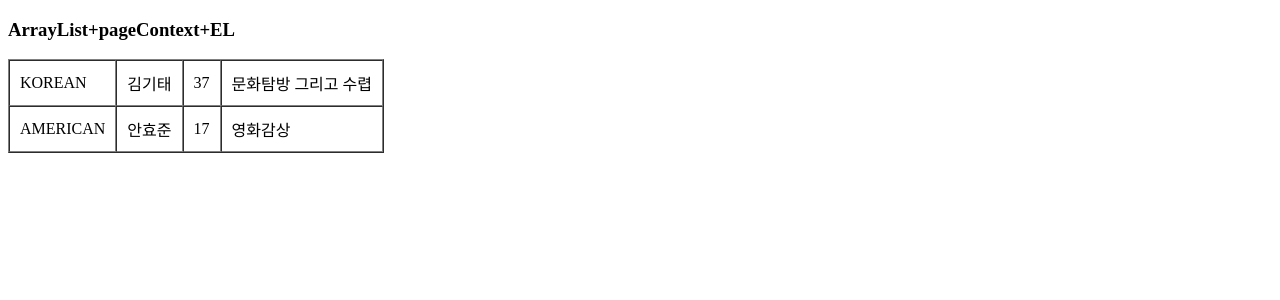
Repository: okgunyang/jsp
Page: http://localhost/practice02/04ExpressionOREL.jsp
These files come from the project's save history. The page is drawn as it stood at one moment and after the next save; the edit follows.
The browser window is 1280 px wide. The pictures show the whole page.
The page is served by Tomcat 9.

Above is the page before, as saved 2022-11-10 03:05:09.

After the next save:
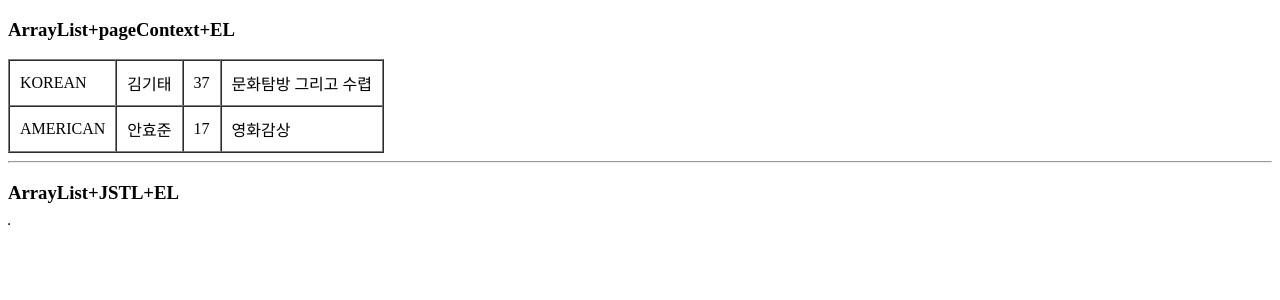
Saved 5 min 0 s later.
--- a/practice02/WebContent/04ExpressionOREL.jsp
+++ b/practice02/WebContent/04ExpressionOREL.jsp
@@ -54,5 +54,18 @@
 	}
 %>
 </table>
+<hr>
+<h3>ArrayList+JSTL+EL</h3>
+<table border="1" cellpadding="10" cellspacing="0">
+<c:forEach items="${hList}" var="list" varStatus="status">
+	<tr>
+		<td>${status.count}</td>
+		<td>${list.country}</td>
+		<td>${list.name}</td>
+		<td>${list.age}</td>
+		<td>${list.hobbay}</td>
+	</tr>
+</c:forEach>
+</table>
 </body>
 </html>
